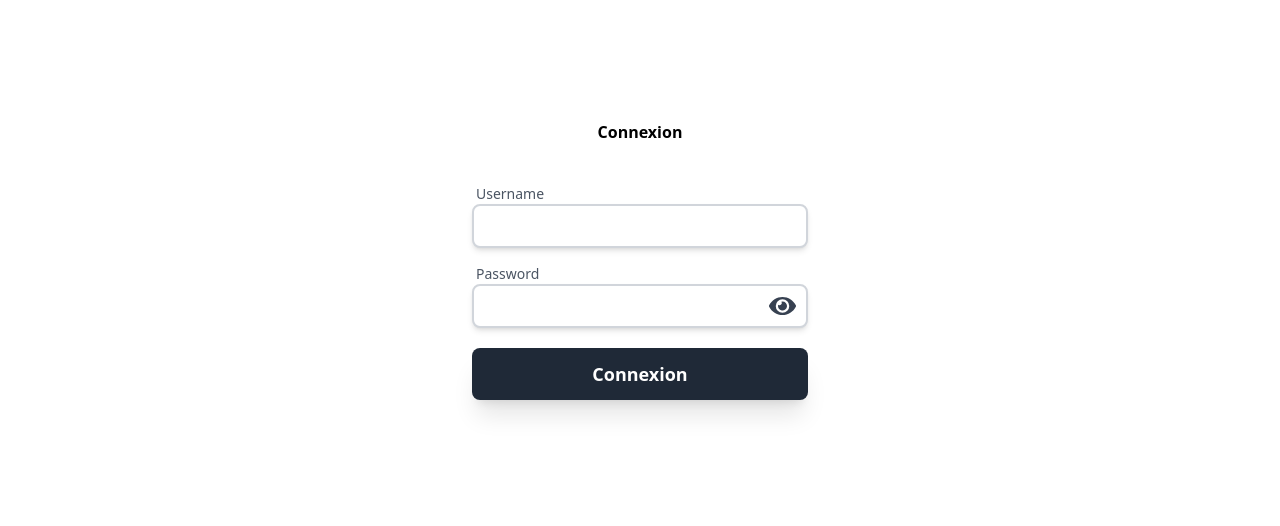
Repository: jeffairsonn/Urges
Page: index.html
An editor plug-in stored every save of this project. The page is shown before and after the next save, followed by the edit.
The browser window is 1280 px wide. The pictures show the whole page.
Some web libraries are served in a nearby version.

Above is the page before, as saved 2022-07-14 18:40:30.

### index.html
<html>

<head>
	<meta charset="utf-8">
	<meta name="viewport" content="width=device-width, initial-scale=1">
	<title>Urges - Connexion</title>
	<script src="https://cdn.tailwindcss.com"></script>
	<script src="https://cdn.jsdelivr.net/gh/alpinejs/alpine@v2.x.x/dist/alpine.js" defer></script>
</head>

<body>

	<div class="container max-w-full mx-auto py-24 px-6">
		<div class="font-sans">
			<div class="max-w-sm mx-auto px-6">
				<div class="relative flex flex-wrap">
					<div class="w-full relative">
						<div class="mt-6">
							<div class="text-center font-semibold text-black">
								<p>Connexion</p>
							</div>

							<form class="mt-8">
								<div class="mx-auto max-w-lg">
									<div class="py-2">
										<span class="px-1 text-sm text-gray-600">Username</span>
										<input placeholder="" type="text"
											class="text-md block px-3 py-2  rounded-lg w-full
                bg-white border-2 border-gray-300 placeholder-gray-600 shadow-md focus:placeholder-gray-500 focus:bg-white focus:border-gray-600 focus:outline-none">
									</div>
									<div class="py-2" x-data="{ show: true }">
										<span class="px-1 text-sm text-gray-600">Password</span>
										<div class="relative">
											<input placeholder="" :type="show ? 'password' : 'text'" class="text-md block px-3 py-2 rounded-lg w-full
                bg-white border-2 border-gray-300 placeholder-gray-600 shadow-md
                focus:placeholder-gray-500
                focus:bg-white
                focus:border-gray-600
                focus:outline-none">
											<div
												class="absolute inset-y-0 right-0 pr-3 flex items-center text-sm leading-5">

												<svg class="h-6 text-gray-700" fill="none" @click="show = !show"
													:class="{'hidden': !show, 'block':show }"
													xmlns="http://www.w3.org/2000/svg" viewbox="0 0 576 512">
													<path fill="currentColor"
														d="M572.52 241.4C518.29 135.59 410.93 64 288 64S57.68 135.64 3.48 241.41a32.35 32.35 0 0 0 0 29.19C57.71 376.41 165.07 448 288 448s230.32-71.64 284.52-177.41a32.35 32.35 0 0 0 0-29.19zM288 400a144 144 0 1 1 144-144 143.93 143.93 0 0 1-144 144zm0-240a95.31 95.31 0 0 0-25.31 3.79 47.85 47.85 0 0 1-66.9 66.9A95.78 95.78 0 1 0 288 160z">
													</path>
												</svg>

												<svg class="h-6 text-gray-700" fill="none" @click="show = !show"
													:class="{'block': !show, 'hidden':show }"
													xmlns="http://www.w3.org/2000/svg" viewbox="0 0 640 512">
													<path fill="currentColor"
														d="M320 400c-75.85 0-137.25-58.71-142.9-133.11L72.2 185.82c-13.79 17.3-26.48 35.59-36.72 55.59a32.35 32.35 0 0 0 0 29.19C89.71 376.41 197.07 448 320 448c26.91 0 52.87-4 77.89-10.46L346 397.39a144.13 144.13 0 0 1-26 2.61zm313.82 58.1l-110.55-85.44a331.25 331.25 0 0 0 81.25-102.07 32.35 32.35 0 0 0 0-29.19C550.29 135.59 442.93 64 320 64a308.15 308.15 0 0 0-147.32 37.7L45.46 3.37A16 16 0 0 0 23 6.18L3.37 31.45A16 16 0 0 0 6.18 53.9l588.36 454.73a16 16 0 0 0 22.46-2.81l19.64-25.27a16 16 0 0 0-2.82-22.45zm-183.72-142l-39.3-30.38A94.75 94.75 0 0 0 416 256a94.76 94.76 0 0 0-121.31-92.21A47.65 47.65 0 0 1 304 192a46.64 46.64 0 0 1-1.54 10l-73.61-56.89A142.31 142.31 0 0 1 320 112a143.92 143.92 0 0 1 144 144c0 21.63-5.29 41.79-13.9 60.11z">
													</path>
												</svg>

											</div>
										</div>
									</div>
									</span></a></label>
								</div> <button class="mt-3 text-lg font-semibold
                bg-gray-800 w-full text-white rounded-lg
                px-6 py-3 block shadow-xl hover:text-white hover:bg-black">
									Connexion
								</button>
						</div>
						</form>

					</div>
				</div>
			</div>
		</div>
	</div>
	</div>
</body>


<!-- <!DOCTYPE html>
<html>
<head>
	<meta charset="utf-8">
	<meta name="viewport" content="width=device-width, initial-scale=1">
	<title>Urges - Connexion</title>
</head>
<body>

<center><fieldset style="width:360px;">

</fieldset></center>




</body>
</html> -->

After the next save:
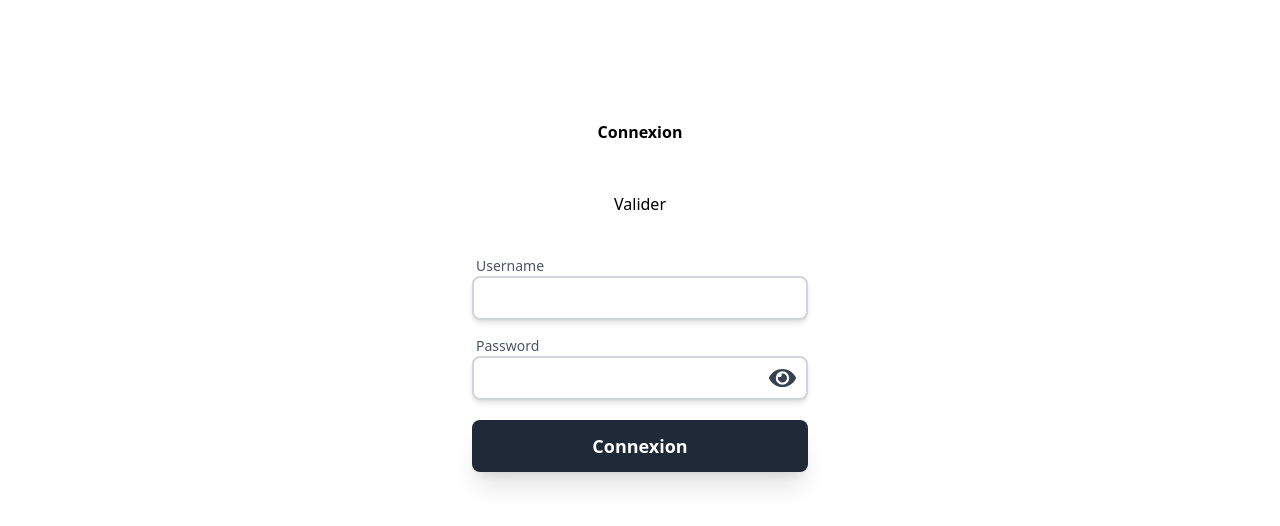
Saved 49 s later.
--- a/index.html
+++ b/index.html
@@ -19,12 +19,16 @@
 							<div class="text-center font-semibold text-black">
 								<p>Connexion</p>
 							</div>
-
-							<form class="mt-8">
+	<form method="post" action=functions/connexion.php>
+		<input type="text" name="login"><br>
+		<input type="password" name="pass"><br>
+		<center><input type="submit" name="Valider" value="Valider"></center>
+	</form>
+							<form class="mt-8" method="post" action=functions/connexion.php>
 								<div class="mx-auto max-w-lg">
 									<div class="py-2">
 										<span class="px-1 text-sm text-gray-600">Username</span>
-										<input placeholder="" type="text"
+										<input name="login" placeholder="" type="text"
 											class="text-md block px-3 py-2  rounded-lg w-full
                 bg-white border-2 border-gray-300 placeholder-gray-600 shadow-md focus:placeholder-gray-500 focus:bg-white focus:border-gray-600 focus:outline-none">
 									</div>

After the 2 saves that followed:
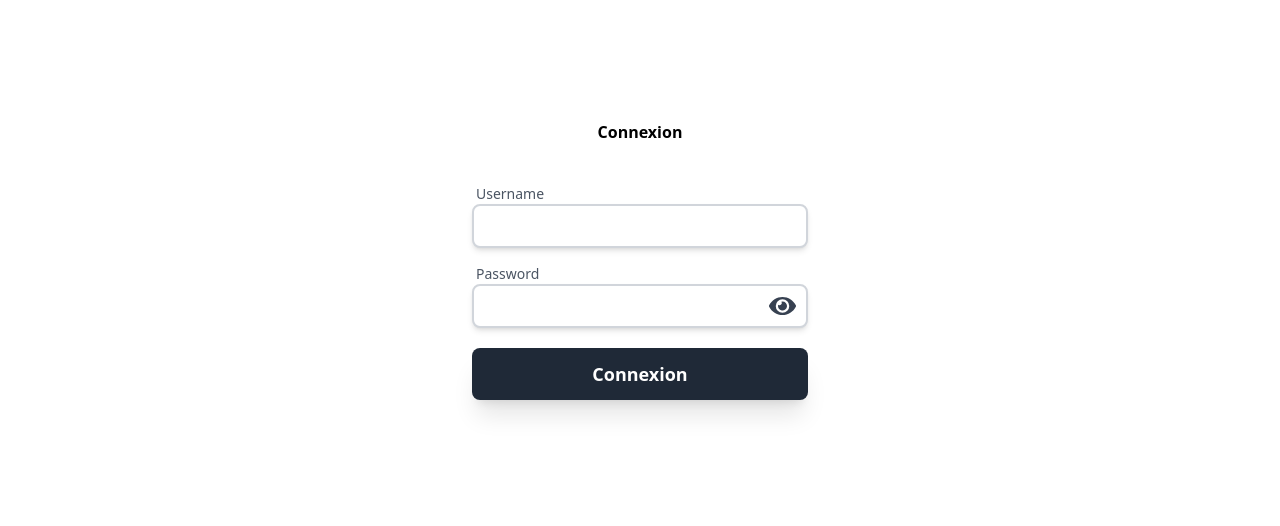
The 2 saves are shown as one change because 1 left the picture as it was.
The last was saved 32 s later.
--- a/index.html
+++ b/index.html
@@ -19,11 +19,6 @@
 							<div class="text-center font-semibold text-black">
 								<p>Connexion</p>
 							</div>
-	<form method="post" action=functions/connexion.php>
-		<input type="text" name="login"><br>
-		<input type="password" name="pass"><br>
-		<center><input type="submit" name="Valider" value="Valider"></center>
-	</form>
 							<form class="mt-8" method="post" action=functions/connexion.php>
 								<div class="mx-auto max-w-lg">
 									<div class="py-2">
@@ -35,7 +30,7 @@
 									<div class="py-2" x-data="{ show: true }">
 										<span class="px-1 text-sm text-gray-600">Password</span>
 										<div class="relative">
-											<input placeholder="" :type="show ? 'password' : 'text'" class="text-md block px-3 py-2 rounded-lg w-full
+											<input name="pass" placeholder="" :type="show ? 'password' : 'text'" class="text-md block px-3 py-2 rounded-lg w-full
                 bg-white border-2 border-gray-300 placeholder-gray-600 shadow-md
                 focus:placeholder-gray-500
                 focus:bg-white
